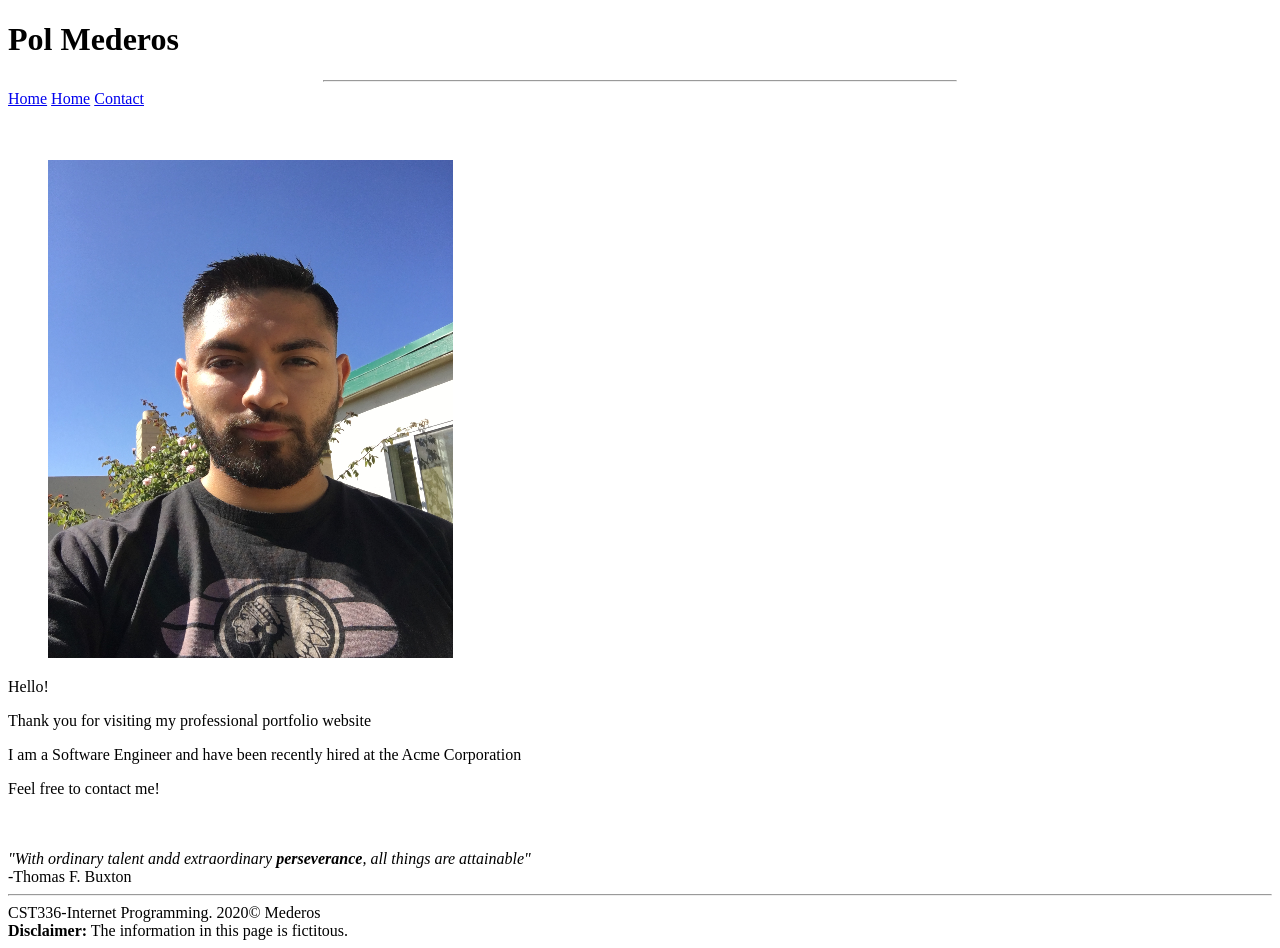
Repository: pMed-197/S2020cst336
Page: portfolio/index.html
The author's editor kept a record of every edit. The page is drawn from the files as they stood at one moment, then again after the next edit.
The browser window is 1280 px wide. The pictures show the whole page.

Above is the page before.

After the next edit:
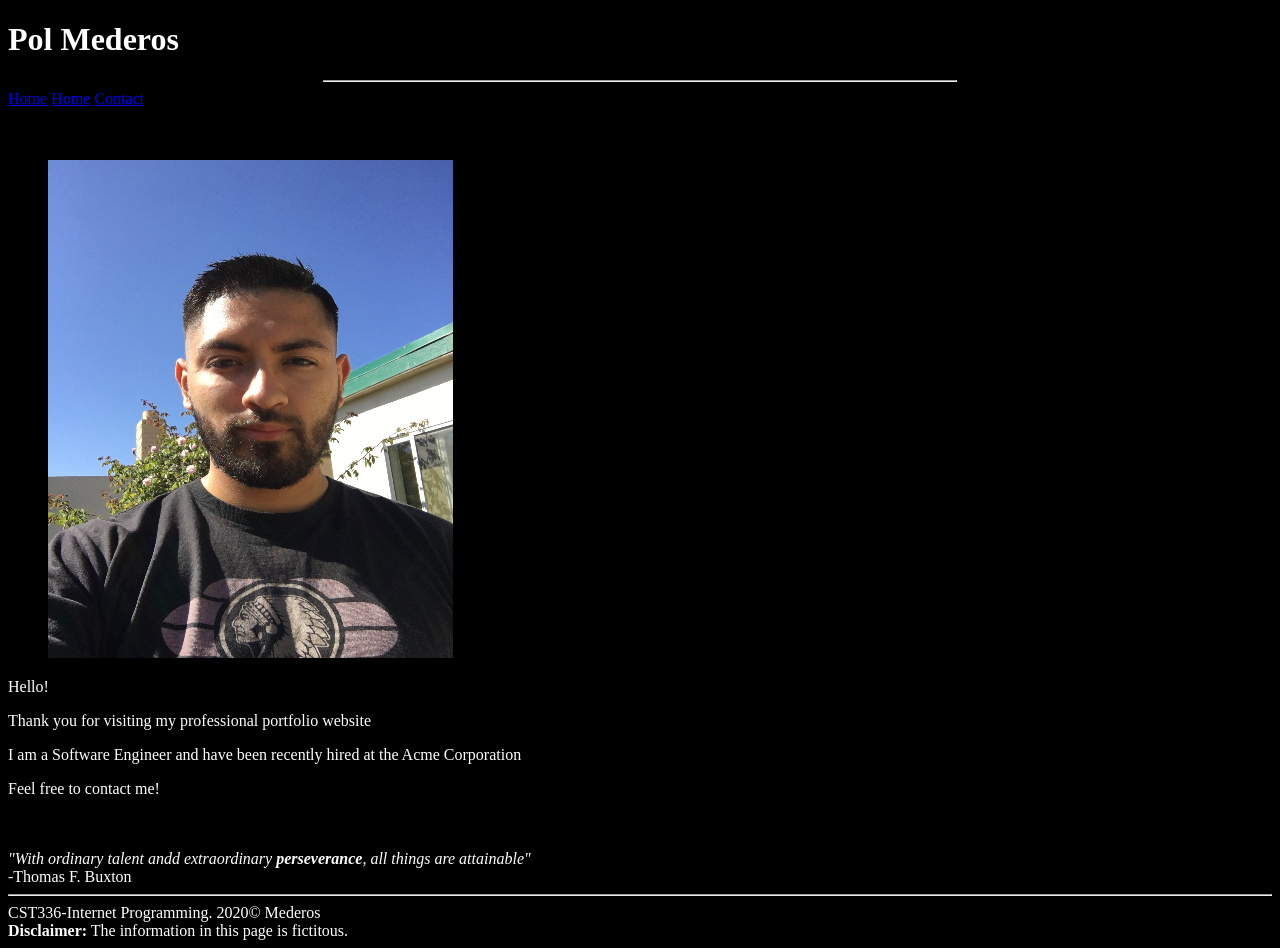
The edit:
--- a/portfolio/index.html
+++ b/portfolio/index.html
@@ -19,7 +19,7 @@
 
     <!-- This is the body -->
     <!-- This is where we place the content of our website -->
-    <body>
+    <body style="background-color:black; color:white">
         <header>
             <h1> Pol Mederos </h1>
         </header>
